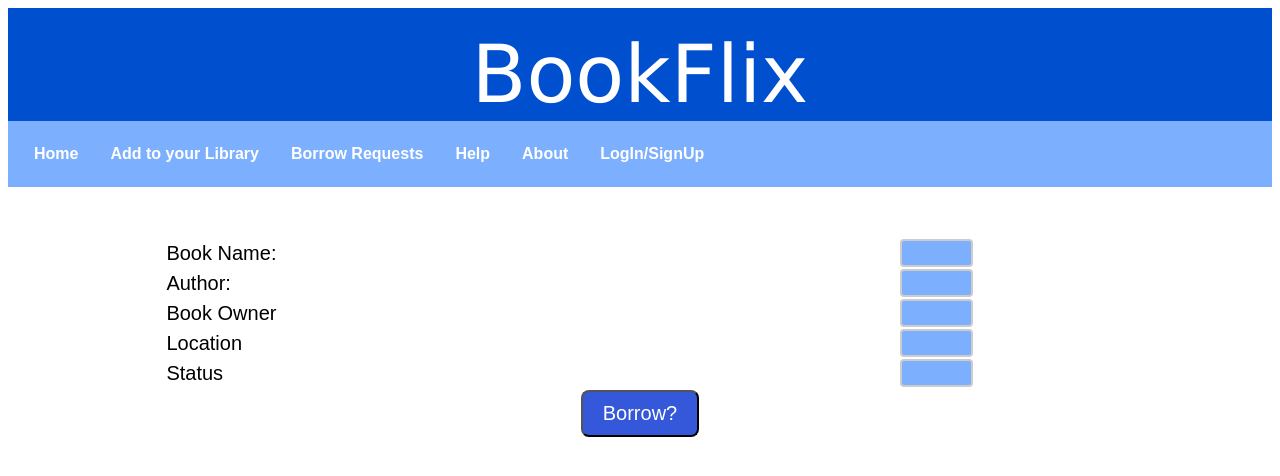
Repository: dan-10/Deloitte
Page: http://localhost/BookFlix/WEB-INF/views/status.jsp
An editor plug-in stored every save of this project. The page is shown before and after the next save, followed by the edit.
The browser window is 1280 px wide. The pictures show the whole page.
The page is served by Tomcat 9. Nobody is signed in. Other server files are loaded and not shown. The template is opened directly, without the code that normally fills it, so the values that code supplies are empty.

Above is the page before, as saved 2019-08-09 04:45:57.

### DeloitteTrainig/Final Project BookFlix/BookFlix/src/main/webapp/WEB-INF/views/status.jsp

<%@ page language="java" contentType="text/html; charset=ISO-8859-1"
    pageEncoding="ISO-8859-1"%>
<%@ taglib uri="http://www.springframework.org/tags/form" prefix="f" %>
<%@ taglib uri="http://java.sun.com/jsp/jstl/core" prefix="c" %>

<!DOCTYPE html>
<html>
	<head>
		<meta charset="ISO-8859-1">
		<title>BookFlix</title>
		<style type="text/css"><%@include file="/WEB-INF/views/styles/homeStyles.css" %></style>
		<style>

	.AddBookForm {
	grid-area: AddBookForm;
	font-family: Arial;
	font-size: 20px;
	font-weight: lighter;
	padding-top: 50px;
	text-align: center;
	}

	.butn {
  -webkit-border-radius: 8;
  -moz-border-radius: 8;
  border-radius: 8px;
  font-family: Arial;
  color: #ffffff;
  font-size: 20px;
  background: #3458d9;
  padding: 10px 20px 10px 20px;
  text-decoration: none;
}

.butn:hover {
  background: #6672de;
  text-decoration: none;
}

.td1{
padding-left: 30px;
}

.td {
  color: white;
  width: 30%;
  box-sizing: border-box;
  border: 2px solid #ccc;
  border-radius: 4px;
  font-size: 16px;
  background-color: #7dafff;
  float: left;
  padding: 12px 1px 12px 40px;
}
		</style>
	</head>

	<body>
		<div class="grid-container">
		  <div class="Header">
		  	<div class="heading">
		  		<center>BookFlix</center>
		  	</div>
		  </div>
		  <div class="Navigation">
			<div class="navbar">
				<a href="/home">Home</a>
				<a href="/addBook">Add to your Library</a>
				<a href="/borrow">Borrow Requests</a>
				<a href="/help">Help</a>
				<a href="/about">About</a>
				<a href="/validate">LogIn/SignUp</a>
				<c:if test="${!empty userName}">
					<div class="dropdown">
						<button class="dropbtn">${userName}
							<i class="fa fa-caret-down"></i>
						</button>
						<div class="dropdown-content">
							<a href="/myBooks">My Library</a>
							<a href="/logout">LogOut</a>
						</div>
					</div>
				</c:if>
			</div>
		  </div>
		  </div>

		 <!-- Book and user details area  -->
		 <div class="AddBookForm">
				<center>

					<f:form>
						<table width="80%">
							<tr>
								<td class = "td1">Book Name:</td>
								<td class = "td">${bookname}</td>
							</tr>

							<tr>
								<td class = "td1">Author:</td>
								<td class = "td">${author}</td>
							</tr>
							<tr>
								<td class = "td1">Book Owner</td>
								<td class = "td">${owner}</td>
							</tr>
							<tr>
								<td class = "td1">Location</td>
								<td class = "td">${location}</td>
							</tr>
							<tr>
								<td class = "td1">Status</td>
								<td class = "td">${status}</td>
							</tr>
							<tr>
								<td colspan="2" align="center"><button type ="submit" value = "Add Book" class="butn">Borrow?</button></td>
							</tr>
						</table>
					</f:form>
				</center>
			</div>
	</body>
</html>

### DeloitteTrainig/Final Project BookFlix/BookFlix/src/main/webapp/WEB-INF/views/styles/homeStyles.css
.grid-container {
	grid-template-rows: repeat(auto-fill, minmax(100px, 1fr));
	display: grid;
	grid-template-columns: 1fr 1fr 1fr 1fr 1fr 1fr 1fr 1fr 1fr 1fr 1fr 1fr;
	grid-template-areas: "Header Header Header Header Header Header Header Header Header Header Header Header" "Header Header Header Header Header Header Header Header Header Header Header Header" "Navigation Navigation Navigation Navigation Navigation Navigation Navigation Navigation Navigation Navigation Navigation Navigation" ". SearchPanel SearchPanel SearchPanel SearchPanel SearchPanel SearchPanel SearchPanel SearchPanel SearchPanel SearchPanel ." ". SearchResults SearchResults SearchResults SearchResults SearchResults SearchResults SearchResults SearchResults SearchResults SearchResults ." ". SearchResults SearchResults SearchResults SearchResults SearchResults SearchResults SearchResults SearchResults SearchResults SearchResults ." ". SearchResults SearchResults SearchResults SearchResults SearchResults SearchResults SearchResults SearchResults SearchResults SearchResults ." ". SearchResults SearchResults SearchResults SearchResults SearchResults SearchResults SearchResults SearchResults SearchResults SearchResults ." ". . . . . . . . . . . ." ". . . . . . . . . . . ." ". . . . . . . . . . . .";
}

.Header {
	grid-area: Header;
	background-color: #004fcf;
	font-family: Arial;
	color: #ffffff;
}

.Navigation {
	grid-area: Navigation;
	background-color: #7dafff;
	font-family: Arial;
	color: #ffffff;
	font-size: large;
	padding-top: 10px;
	padding-left: 10px;
	padding-right: 10px;
	padding-bottom: 10px;
}

.SearchPanel {
	grid-area: SearchPanel;
	font-family: Arial;
	font-size: 20px;
	padding-top: 20px;
}

.SearchResults {
	grid-area: SearchResults;
	font-family: Arial;
	font-size: 18px;
	font-weight: lighter;
}

.butn {
  -webkit-border-radius: 8;
  -moz-border-radius: 8;
  border-radius: 8px;
  font-family: Arial;
  color: #ffffff;
  font-size: 20px;
  background: #3458d9;
  padding: 10px 20px 10px 20px;
  text-decoration: none;
}

.butn:hover {
  background: #6672de;
  text-decoration: none;
}

input[type=text] {
  width: 50%;
  box-sizing: border-box;
  border: 2px solid #ccc;
  border-radius: 4px;
  font-size: 16px;
  background-color: white;
  padding: 12px 20px 12px 40px;
}

input[type=text]:focus {
  width: 100%;
  box-sizing: border-box;
  border: 2px solid #ccc;
  border-radius: 4px;
  font-size: 16px;
  background-color: white;
  padding: 12px 20px 12px 40px;
}

.heading{
	font-family: Verdana;
	font-size: 80px;
	font-weight: lighter;
	padding-top: 20px;
}

.b1{
	font-family: Verdana;
	font-size: 40px;
	font-weight: lighter;
	padding-top: 50px;
}

.b2{
	font-family: Verdana;
	font-size: 10px;
	font-weight: lighter;
	padding-top: 20px;
}

body {
  font-family: Arial, Helvetica, sans-serif;
}

.navbar {
  overflow: hidden;
  background-color: #7dafff;
  font-weight: bold;
}

.navbar a {
  float: left;
  font-size: 16px;
  color: white;
  text-align: center;
  padding: 14px 16px;
  text-decoration: none;

}

.dropdown {
  float: left;
  overflow: hidden;
}

.dropdown .dropbtn {
  font-size: 16px;
  border: none;
  outline: none;
  color: white;
  padding: 14px 16px;
  background-color: inherit;
  font-family: inherit;
  margin: 0;
}

.navbar a:hover, .dropdown:hover .dropbtn {
  background-color: #3458d9;
}

.dropdown-content {
  display: none;
  position: absolute;
  background-color: #f9f9f9;
  min-width: 160px;
  box-shadow: 0px 8px 16px 0px rgba(0,0,0,0.2);
  z-index: 1;
}

.dropdown-content a {
  float: none;
  color: black;
  padding: 12px 16px;
  text-decoration: none;
  display: block;
  text-align: left;
}

.dropdown-content a:hover {
  background-color: #ddd;
}

.dropdown:hover .dropdown-content {
  display: block;
}

After the next save:
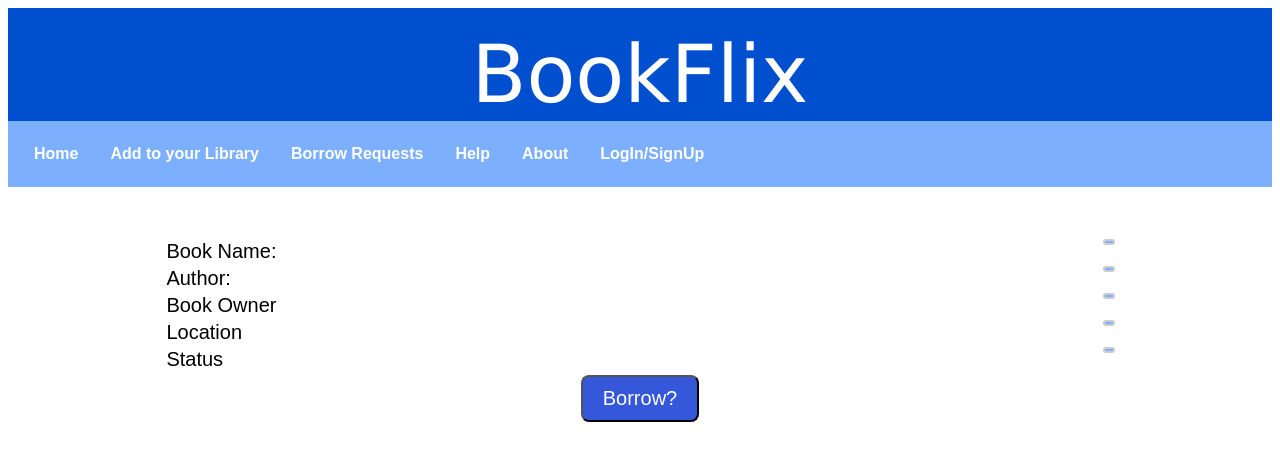
Saved 13 s later.
--- a/DeloitteTrainig/Final Project BookFlix/BookFlix/src/main/webapp/WEB-INF/views/status.jsp
+++ b/DeloitteTrainig/Final Project BookFlix/BookFlix/src/main/webapp/WEB-INF/views/status.jsp
@@ -51,7 +51,7 @@ padding-left: 30px;
   font-size: 16px;
   background-color: #7dafff;
   float: left;
-  padding: 12px 1px 12px 40px;
+
 }
 		</style>
 	</head>
